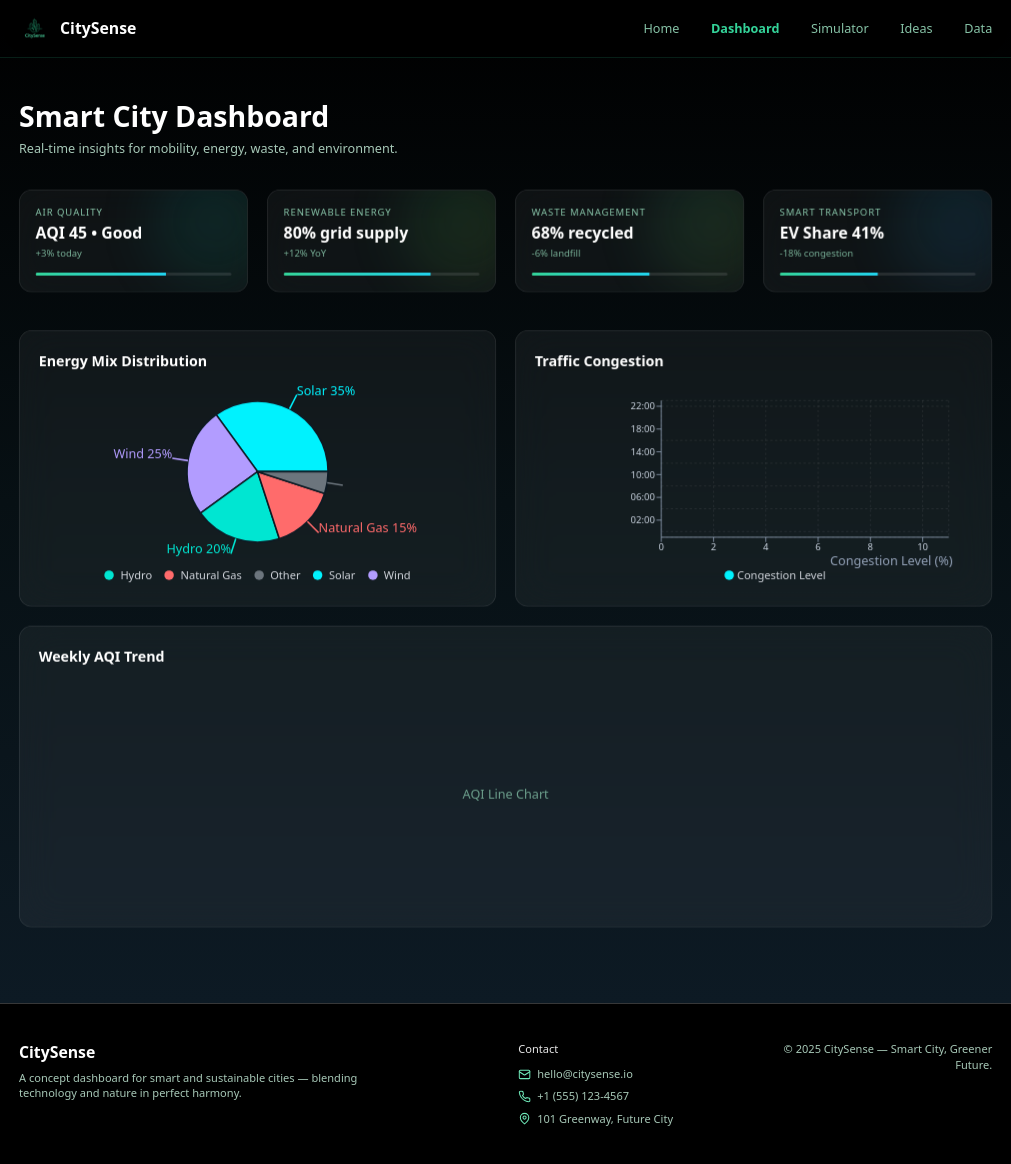
Repository: crashyet/CitySense
Page: /dashboard
The author's editor kept a copy of each file at every save. The page is drawn from the files as they stood at one save, then again after the next save.
The browser window is 1280 px wide. The pictures show the whole page, at 79% of full size.
The project was rebuilt for these pictures with package versions that can differ from the ones it lists, and the page was loaded fresh each time. Also part of the build but not shown: vite.config.js, src/pages/Simulator/index.jsx, src/pages/Ideas/index.jsx, src/pages/Data/index.jsx.

Above is the page before, as saved 2025-11-17 14:54:09.

After the next save:
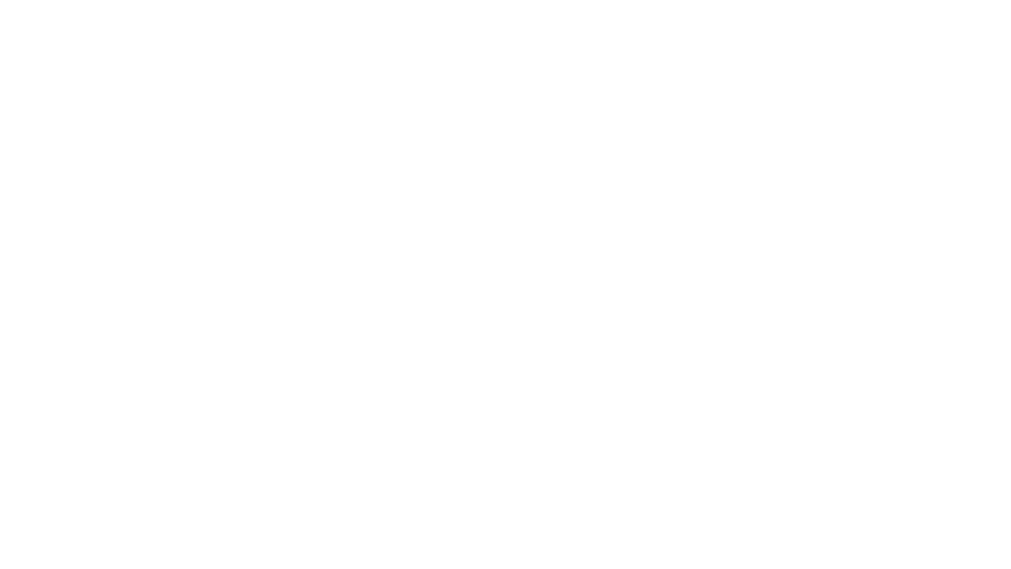
Console error: ReferenceError: imp is not defined
Saved 11 s later.
--- a/src/pages/Dashboardpack/index.jsx
+++ b/src/pages/Dashboardpack/index.jsx
@@ -2,6 +2,7 @@
 import Footer from "../../components/Footer";
 import EnergyPieChart from "../../components/EnergyPieChart";
 import TrafficCongestionChart from "../../components/TrafficCongestionChart";
+imp
 
 export default function Dashboardpack() {
   return (

After the 4 saves that followed:
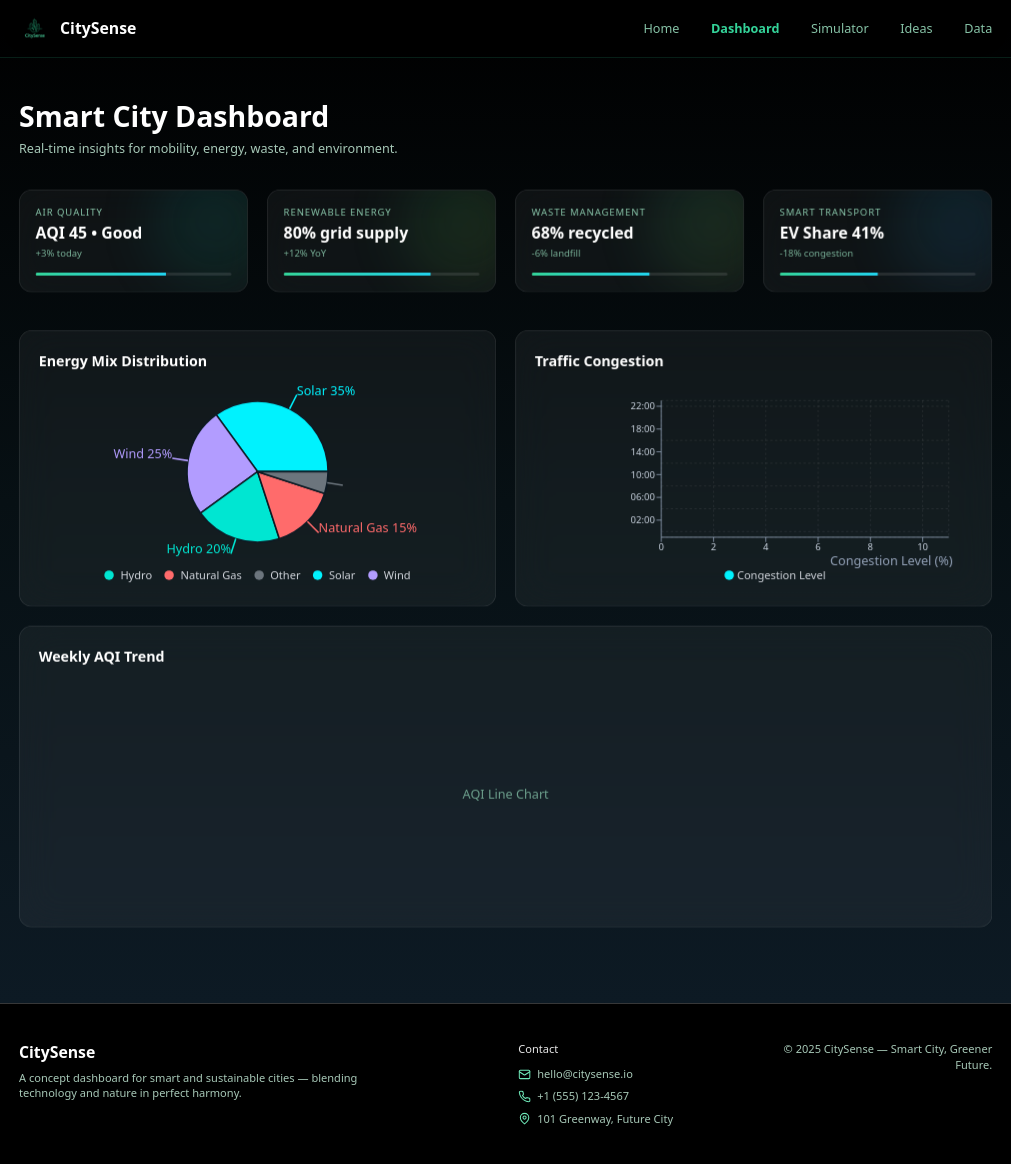
The error is gone.
The 4 saves are shown as one change because 1 did not build or start and some came seconds apart.
The last was saved 12 s later.
--- a/src/pages/Dashboardpack/index.jsx
+++ b/src/pages/Dashboardpack/index.jsx
@@ -2,7 +2,7 @@
 import Footer from "../../components/Footer";
 import EnergyPieChart from "../../components/EnergyPieChart";
 import TrafficCongestionChart from "../../components/TrafficCongestionChart";
-imp
+import jembut from "../../assets/jembut.png";
 
 export default function Dashboardpack() {
   return (
